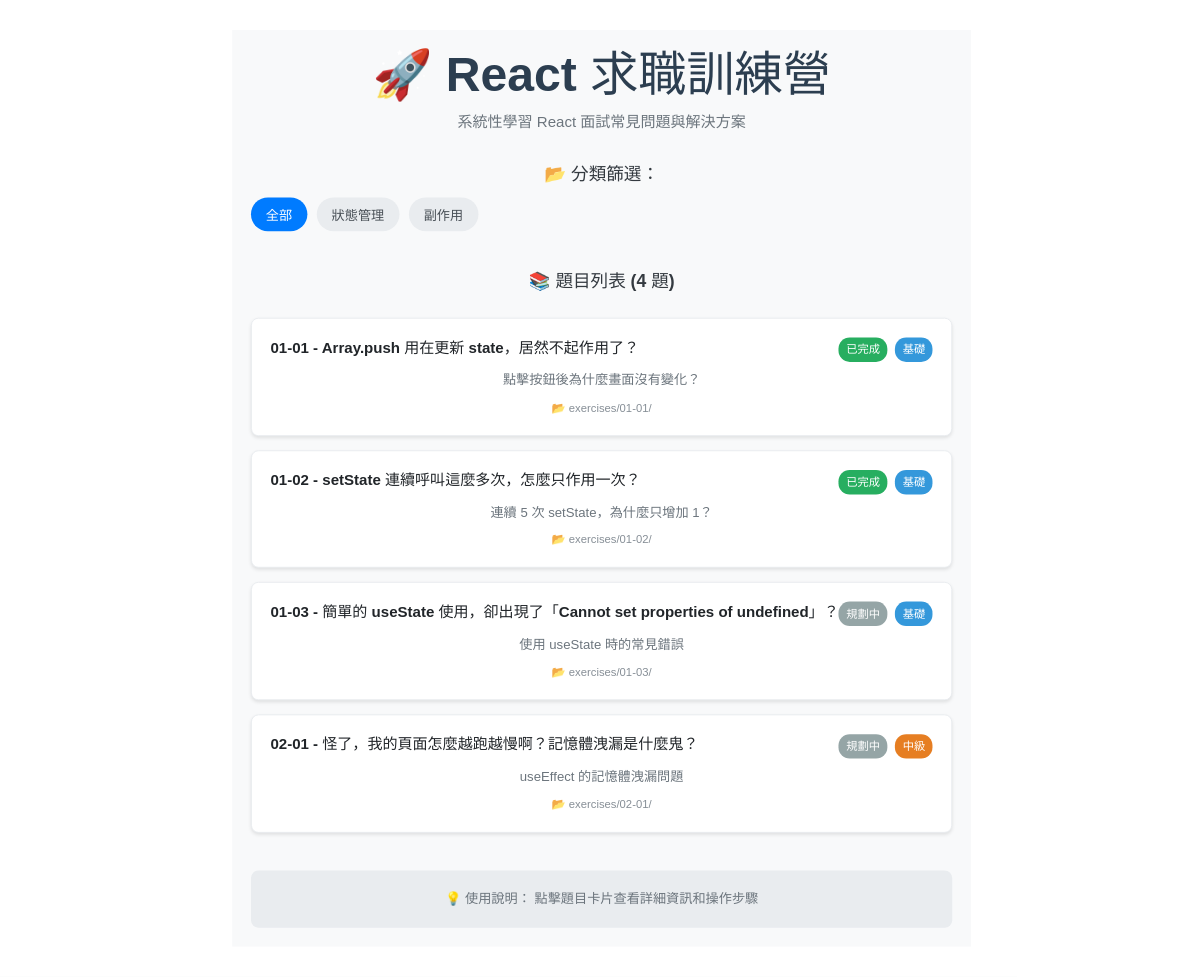
Repository: Jeffrey0117/React-Beginner-Challenges
Page: /
An editor plug-in stored every save of this project. The page is shown before and after the next save, followed by the edit.
The browser window is 1280 px wide. The pictures show the whole page, at 94% of full size.
The project was rebuilt for these pictures with package versions that can differ from the ones it lists, and the page was loaded fresh each time. Also part of the build but not shown: vite.config.js.

Above is the page before, as saved 2025-08-14 09:56:55.

After the next save:
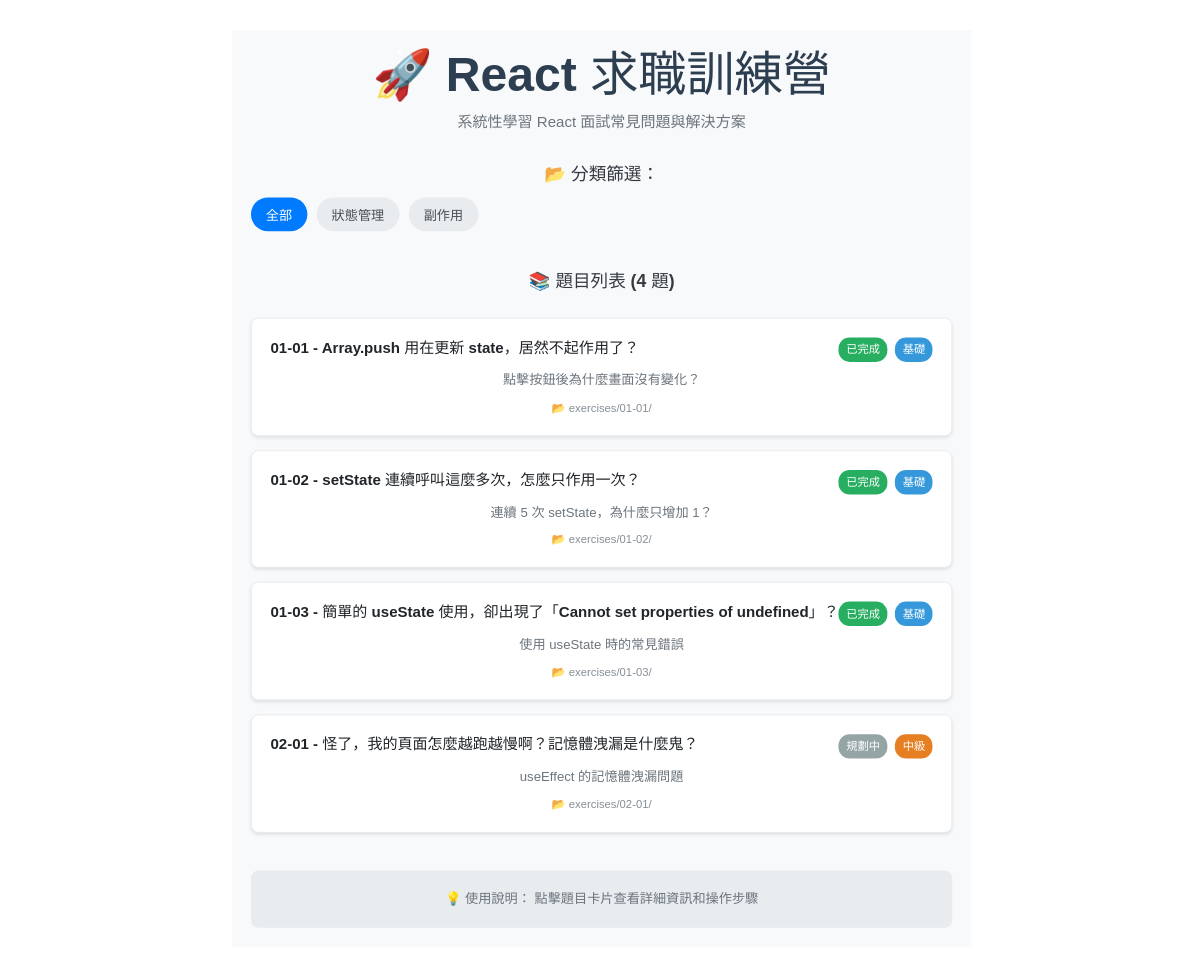
Saved 9 s later.
--- a/src/App.jsx
+++ b/src/App.jsx
@@ -24,7 +24,7 @@
     title: '簡單的 useState 使用，卻出現了「Cannot set properties of undefined」？',
     description: '使用 useState 時的常見錯誤',
     difficulty: '基礎',
-    status: '規劃中',
+    status: '已完成',
     category: '狀態管理'
   },
   {
